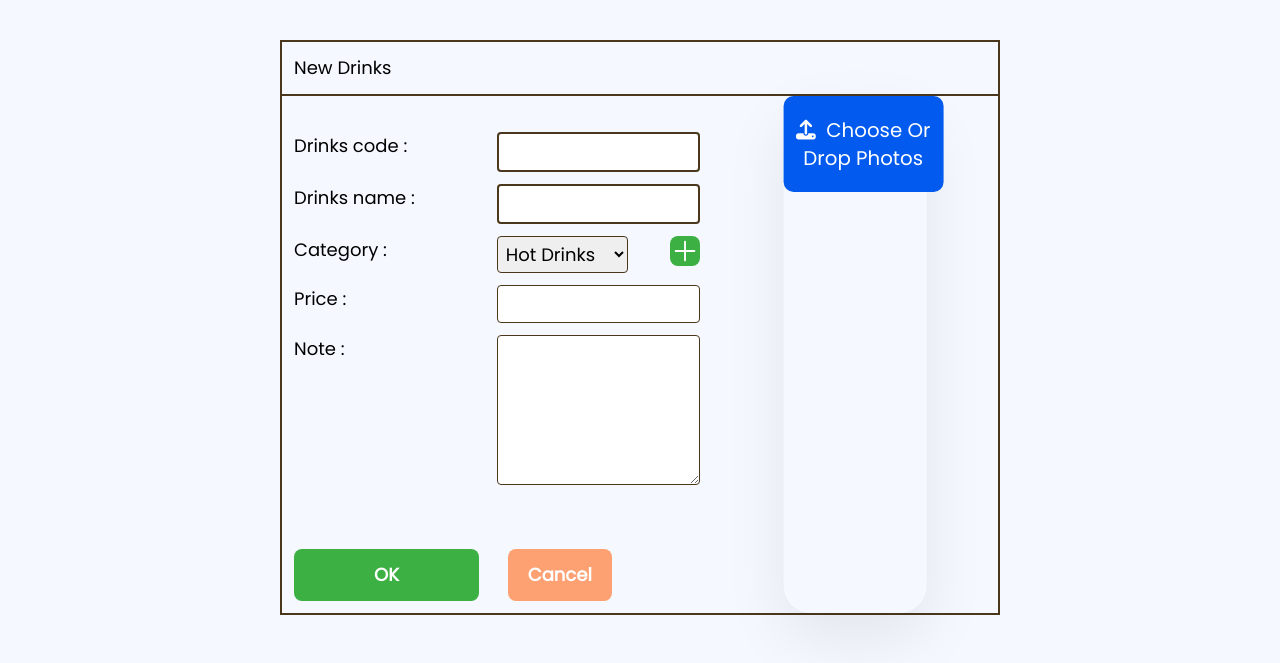
Repository: Dapravith/Midterm-SE-GIC-Cafe-Project-Group16
Page: src/main/resources/templates/addDrink.html
The author's editor kept a copy of each file at every save. The page is drawn from the files as they stood at one save, then again after the next save.
The browser window is 1280 px wide. The pictures show the whole page.
Some web libraries are served in a nearby version.

Above is the page before, as saved 2023-05-16 22:51:19.

### src/main/resources/templates/addDrink.html
<!DOCTYPE html>
<html lang="en">

<head>
    <meta charset="UTF-8">
    <meta http-equiv="X-UA-Compatible" content="IE=edge">
    <meta name="viewport" content="width=device-width, initial-scale=1.0">
    <title>Add New Drink</title>
    <script src="https://cdn.tailwindcss.com"></script>
    <!-- Font Awesome Icons -->
    <link rel="stylesheet" href="https://cdnjs.cloudflare.com/ajax/libs/font-awesome/6.2.0/css/all.min.css" />
    <!-- Google Font -->
    <link href="https://fonts.googleapis.com/css2?family=Poppins&display=swap" rel="stylesheet" />
    <style>
        * {
            padding: 0;
            margin: 0;
            box-sizing: border-box;
            font-family: "Poppins", sans-serif;
        }

        body {
            background-color: #f5f8ff;
            justify-content: right;
        }

        button:hover {
            box-shadow: 0 13px 18px 0 rgba(151, 208, 27, 0.24), 0 19px 50px 0 rgba(238, 227, 21, 0.19);
        }

        .images {
            width: 20%;
            position: static;
            transform: translate(50%);
            left: 50%;
            right: 50%;
            box-shadow: 0 1.35em 3.50em rgba(0, 0, 0, 0.08);
            border-radius: 1.5em;
        }

        input[type="file"] {
            display: none;
        }

        .upload-images {
            display: block;
            position: relative;
            background-color: #025bee;
            color: #ffffff;
            font-size: 1.1em;
            text-align: center;
            align-items: right;
            justify-content: right;
            width: 10rem;
            padding: 1em 0;
            border-radius: 0.5em;
            margin: 0 auto 1em auto;
            cursor: pointer;
        }

        #image-display {
            position: relative;
            width: 5%;
            margin: 0 auto;
            display: flex;
            justify-content: space-evenly;
            gap: 1.5em;
            flex-wrap: wrap;
        }

        #image-display figure {
            width: 10%;
        }

        #image-display img {
            width: 2em;
        }

        #image-display figcaption {
            font-size: 0.5em;
            text-align: center;
            color: #5a5861;
        }

        .active {
            border: 0.2em dashed #025bee;
        }

        #error {
            text-align: center;
            color: #ff3030;
        }
    </style>
</head>

<body class="m-10 text-lg">
    <!-- Crud PRODUCTS -->
    <div class="new_drink w-[60%] h-fit m-auto  border-[2px] border-solid border-[#4B371C] ">
        <div class="head p-3">
            <h2>New Drinks</h2>
        </div>
        <div class="w-[100%] border-[1px] border-solid border-[#4B371C]"></div>
        <div class="flex">
            <div class="add_drink w-[60%]">
                <div class="py-3 ">
                    <form action="#" class="p-3 ">
                        <div class="mt-3 grid grid-cols-2">
                            <label class="mr-5" for="dcode">Drinks code :</label>
                            <input type="text" id="dcode" name="" class="p-1 border-[2px] border-solid border-[#4B371C] rounded" placeholder="">
                        </div>
                        <div class="mt-3 grid grid-cols-2">
                            <label class="mr-5" for="dname">Drinks name :</label>
                            <input type="text" id="dname" name="" class="p-1 border-[2px] border-solid border-[#4B371C] rounded" placeholder="">
                        </div>
                        <div class="mt-3 grid grid-cols-2">
                            <label class="mr-5" for="category">Category :</label>
                            <div class="flex justify-between">
                                <select type="add-item" id="category" name="" class="p-1 border-[1px] border-solid border-[#4B371C] rounded" placeholder="">
                                    <option value="1">Hot Drinks</option >
                                    <option value="2" >Cool Drinks</option >
                                    <option value="3" >Frappe</option >
                                    <option value="4" >Food</option >
                                </select>
                                <button id="add_category" class=" w-fit h-fit bg-[#3CB043] text-center text-white font-bold cursor-pointer duration-100 rounded-lg">
                                    <svg xmlns="http://www.w3.org/2000/svg" fill="none" viewBox="0 0 24 24" stroke-width="1.5" stroke="currentColor" class="w-[30px] h-[30px] " onclick="showPopup()">
                                        <path stroke-linecap="round" stroke-linejoin="round" d="M12 4.5v15m7.5-7.5h-15" />
                                    </svg>
                                </button>

                            </div>

                        </div>

                        <div class="mt-3 grid grid-cols-2">
                            <label class="mr-5" for="price">Price :</label>
                            <input name="" min="0" type="number" id="price" class="p-1 border-[1px] border-solid border-[#4B371C] rounded" placeholder="">
                        </div>
                        <div class="mt-3 grid grid-cols-2">
                            <label class="mr-5" for="note">Note :</label>
                            <textarea id="note" cols="50" rows="5" name="" class="p-1 w-full border-[1px] border-solid border-[#4B371C] rounded resize-x"> </textarea>
                        </div>
                    </form>
                </div>
                <br />
                <div>
                    <button class=" py-3 bg-[#3CB043] text-center text-white font-bold px-20 m-3 inline-block cursor-pointer duration-100 rounded-lg">OK</button>
                    <button class=" py-3 px-5 bg-[#FDA172] text-center text-white  font-bold p-3 m-3 inline-block cursor-pointer duration-100 rounded-lg">Cancel</button>
                </div>
            </div>
            <div class="images">
                <input type="file" id="upload-button" multiple accept="image/*" />
                <label class="upload-images" for="upload-button"><i class="fa-solid fa-upload"></i>&nbsp; Choose Or Drop Photos
                </label>
                <div id="error"></div>
                <div id="image-display"></div>
            </div>
        </div>
    </div>
    </div>
    <!-- ADD NEW CATEGORY -->
    <div class="popup w-[100vw] h-[100vh] absolute top-[0] left-[0] bg-[#f1f1f199] hidden z-[100]">
        <main class="w-[20rem] absolute top-[50%] left-[50%] translate-x-[-50%] translate-y-[-50%]">
            <div class="none w-full h-fit m-auto  border-[2px] border-solid border-[#4B371C]">
                <div class="head p-3">
                    <h2>New Category</h2>
                </div>
                <div class="w-[100%] border-[1px] border-solid border-[#4B371C]"></div>
                <div class=" ">
                    <form action="#" class="add_category p-3">
                        <div class="mt-3 grid grid-cols-2">
                            <label for="gcode">Category code :</label>
                            <input type="text" id="dcode" name="" class="category_code border-[1px] border-solid border-[#4B371C] rounded" placeholder="" required>
                        </div>
                        <div class="mt-3 grid grid-cols-2">
                            <label for="gname">Category name :</label>
                            <input type="text" id="gname" name="" class="category_name border-[1px] border-solid border-[#4B371C] rounded" placeholder="" required>
                        </div>
                        <br />
                        <div class="flex">
                            <input id="okay" type="submit" value="OK" class=" py-3 bg-[#3CB043] text-center font-bold text-white px-16 in m-3 p-3 line-block cursor-pointer duration-100 rounded-lg">
                            <button class="cancel py-3 px-5 bg-[#FDA172] text-center font-bold text-white p-3 m-3 inline-block cursor-pointer duration-100 rounded-lg">Cancel</button>
                        </div>
                    </form>
                </div>
            </div>
        </main>

    </div>
    <script>
        const addNewCat = document.getElementById("add_category");
        const popup = document.querySelector(".popup");
        const form_add_category = document.querySelector(".add_category ");

        addNewCat.addEventListener("click", showPopup);

        function showPopup() {
            popup.classList.remove('hidden')
        }

        form_add_category.addEventListener("submit", () => {
            clear()
            popup.classList.add('hidden')
        });

        document.querySelector('.cancel').addEventListener('click', () => {
            clear()
            popup.classList.add('hidden')
        })

        popup.addEventListener('click', (e) => {
            const target = e.target;

            if (target.classList.contains('popup')) {
                popup.classList.add('hidden')
            }
        })

        const clear = () => {
            document.querySelector('.category_name').value = ""
            document.querySelector('.category_code').value = ""
        }

        let uploadButton = document.getElementById("upload-button");
        let chosenImage = document.getElementById("chosen-image");
        let fileName = document.getElementById("file-name");
        let container = document.querySelector(".images");
        let error = document.getElementById("error");
        let imageDisplay = document.getElementById("image-display");

        const fileHandler = (file, name, type) => {
            if (type.split("/")[0] !== "image") {
                //File Type Error
                error.innerText = "Please upload an image file";
                return false;
            }
            error.innerText = "";
            let reader = new FileReader();
            reader.readAsDataURL(file);
            reader.onloadend = () => {
                //image and file name
                let imageContainer = document.createElement("figure");
                let img = document.createElement("img");
                img.src = reader.result;
                imageContainer.appendChild(img);
                imageContainer.innerHTML += `<figcaption>${name}</figcaption>`;
                imageDisplay.appendChild(imageContainer);
            };
        };

        //Upload Button
        uploadButton.addEventListener("change", () => {
            imageDisplay.innerHTML = "";
            Array.from(uploadButton.files).forEach((file) => {
                fileHandler(file, file.name, file.type);
            });
        });

        container.addEventListener(
            "dragenter",
            (e) => {
                e.preventDefault();
                e.stopPropagation();
                container.classList.add("active");
            },
            false
        );

        container.addEventListener(
            "dragleave",
            (e) => {
                e.preventDefault();
                e.stopPropagation();
                container.classList.remove("active");
            },
            false
        );

        container.addEventListener(
            "dragover",
            (e) => {
                e.preventDefault();
                e.stopPropagation();
                container.classList.add("active");
            },
            false
        );

        container.addEventListener(
            "drop",
            (e) => {
                e.preventDefault();
                e.stopPropagation();
                container.classList.remove("active");
                let draggedData = e.dataTransfer;
                let files = draggedData.files;
                imageDisplay.innerHTML = "";
                Array.from(files).forEach((file) => {
                    fileHandler(file, file.name, file.type);
                });
            },
            false
        );

        window.onload = () => {
            error.innerText = "";
        };
    </script>
</body>

</html>

After the next save:
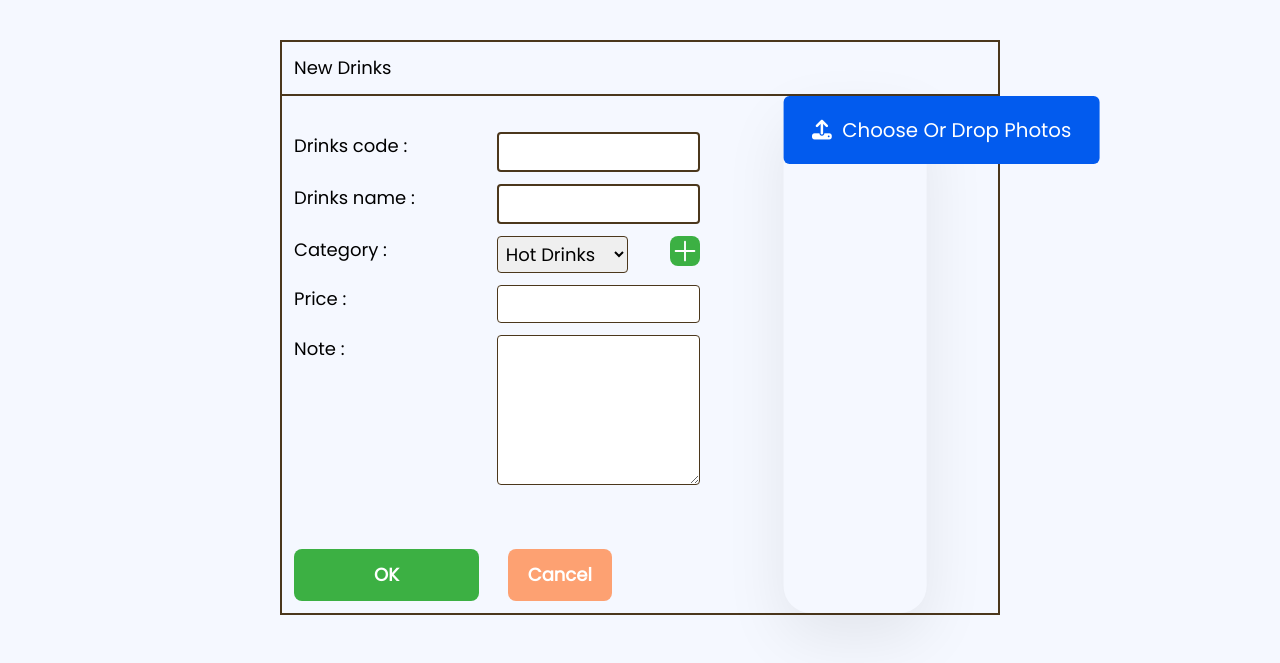
Saved 101 s later.
--- a/src/main/resources/templates/addDrink.html
+++ b/src/main/resources/templates/addDrink.html
@@ -49,11 +49,9 @@
             color: #ffffff;
             font-size: 1.1em;
             text-align: center;
-            align-items: right;
-            justify-content: right;
-            width: 10rem;
+            width: 16em;
             padding: 1em 0;
-            border-radius: 0.5em;
+            border-radius: 0.3em;
             margin: 0 auto 1em auto;
             cursor: pointer;
         }
